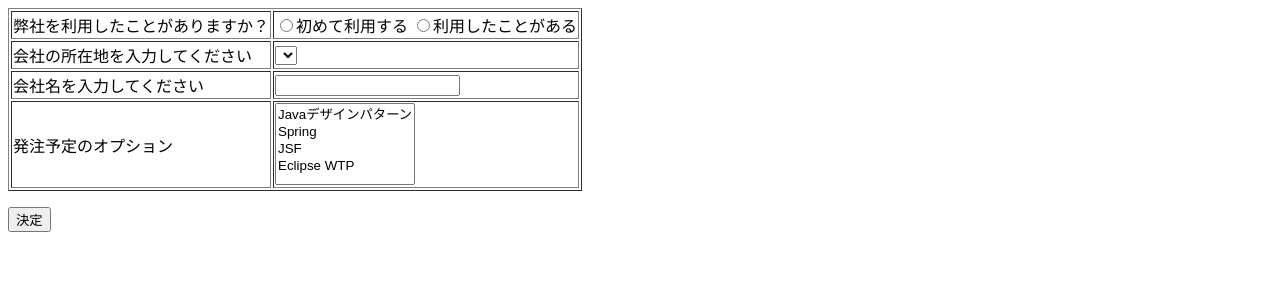
Repository: ict20215/ict
Page: http://localhost/test/jsp/Rei08_request.jsp
An editor plug-in stored every save of this project. The page is shown before and after the next save, followed by the edit.
The browser window is 1280 px wide. The pictures show the whole page.
The page is served by Tomcat 9. Other server files are loaded and not shown.

Above is the page before, as saved 2021-10-20 05:32:12.

### test/WebContent/jsp/Rei08_request.jsp
<%@ page contentType="text/html; charset=UTF-8"%>
<%@ taglib uri="http://java.sun.com/jsp/jstl/core" prefix="s" %>
<!DOCTYPE html>
<html>
<head>
<meta http-equiv="content-type" content="text/html; charset=UTF-8">
<title>rei08_request.jsp</title>
</head>
<body>

	<form action="../a" method="POST">
		<table border="1">
			<tr>
				<td>弊社を利用したことがありますか？</td>
				<td><input type="radio" name="sei" value="初めて利用する">初めて利用する <input
					type="radio" name="sei" value="利用したことがある">利用したことがある</td>
			</tr>
			<tr>
				<td>会社の所在地を入力してください</td>
				<td>
				    <select name="nen">
							<option value="東京都"></option>
							<option value="埼玉県"></option>
                    </select>
        		</td>
			</tr>
			<tr>
				<td>会社名を入力してください</td>
				<td>
					<input type="text" name="mosidoki" value="">
				</td>
			</tr>
			<tr>
				<td>発注予定のオプション</td>
				<td>
					<select name="seminar" multiple="multiple">
						<option value="Javaデザインパターン">Javaデザインパターン</option>
						<option value="Spring">Spring</option>
						<option value="JSF">JSF</option>
						<option value="Eclipse WTP">Eclipse WTP</option>
					</select>
				</td>

			</tr>
		</table>
		<p>
			<input type="submit" value="決定">
		</p>
	</form>
</body>
</html>

After the next save:
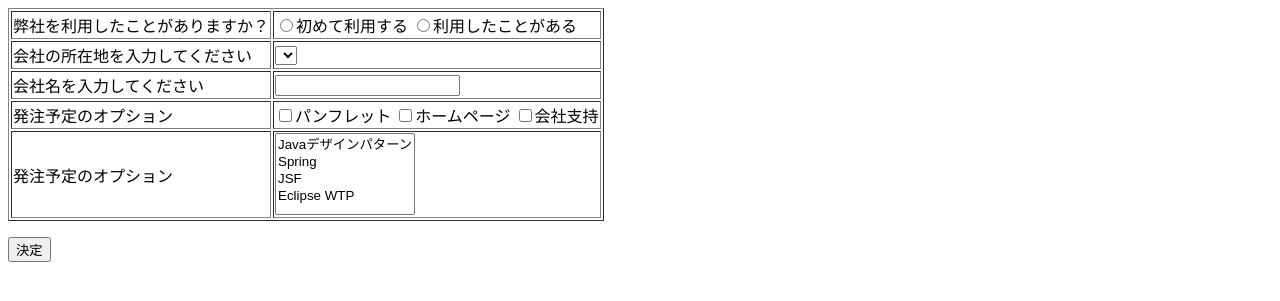
Saved 84 s later.
--- a/test/WebContent/jsp/Rei08_request.jsp
+++ b/test/WebContent/jsp/Rei08_request.jsp
@@ -33,6 +33,15 @@
 			<tr>
 				<td>発注予定のオプション</td>
 				<td>
+					<input type="checkbox" name="mosidoki" value="パンフレット">パンフレット
+					<input type="checkbox" name="mosidoki" value="ホームページ">ホームページ
+					<input type="checkbox" name="mosidoki" value="会社指示">会社支持
+				</td>
+
+			</tr>
+			<tr>
+				<td>発注予定のオプション</td>
+				<td>
 					<select name="seminar" multiple="multiple">
 						<option value="Javaデザインパターン">Javaデザインパターン</option>
 						<option value="Spring">Spring</option>
